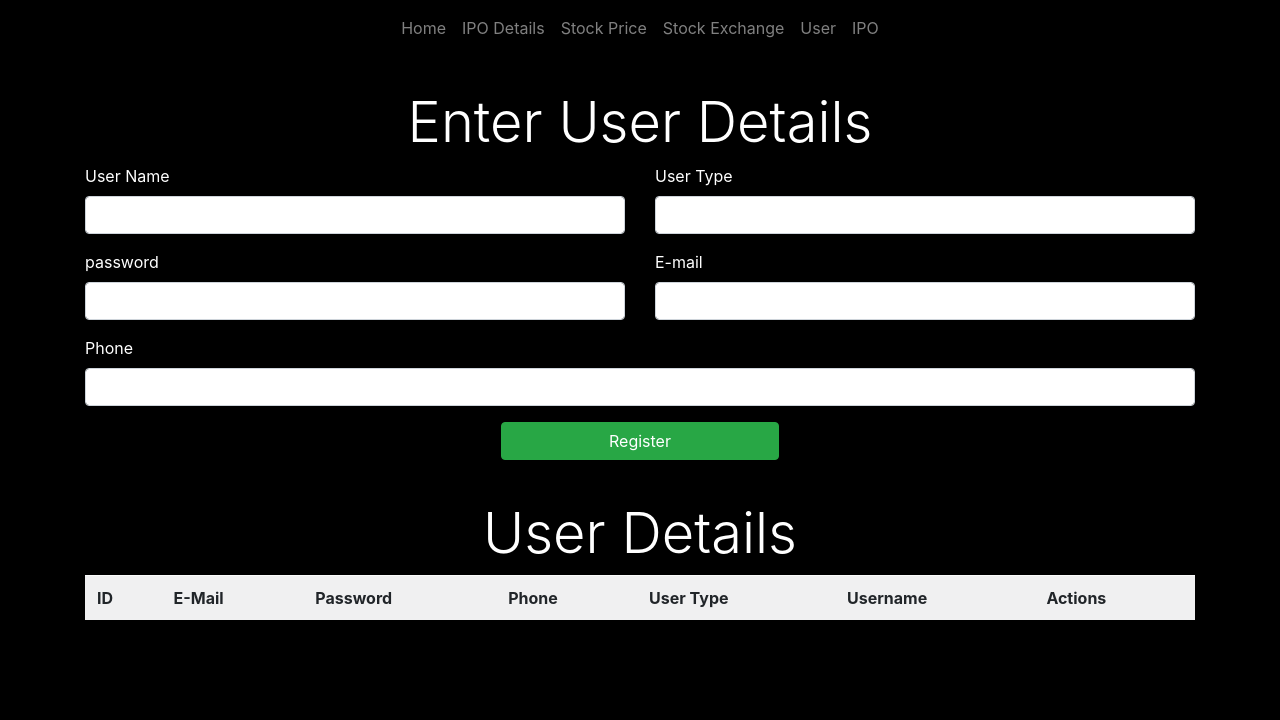
Repository: Gurudutt-S/cts-training
Page: http://localhost/StockExchangeChartingWeb/WEB-INF/views/users.jsp
The author's editor kept a copy of each file at every save. The page is drawn from the files as they stood at one save, then again after the next save.
The browser window is 1280 px wide. The pictures show the whole page.
The page is served by Tomcat 9. Nobody is signed in. Other server files are loaded and not shown. The template is opened directly, without the code that normally fills it, so the values that code supplies are empty.

Above is the page before, as saved 2020-02-12 09:51:26.
Console error (its wording comes from the project's code and is left out).

### Day_36/StockExchangeChartingWeb/src/main/webapp/WEB-INF/views/users.jsp
<%@include file="header.jsp"%>

<%@ taglib uri="http://www.springframework.org/tags/form" prefix="form"%>
<%@ taglib uri="http://java.sun.com/jsp/jstl/core" prefix="c"%>

<h2 class="display-4 text-center">Enter User Details</h2>
<c:url var="userUrl" value="/user/save" />

<div class="container">
	<form:form action="${userUrl }" modelAttribute="user">

		<c:if test="${!empty user.username}">
			<div class="form-group">
				<form:label path="id">ID</form:label>
				<form:input path="id" class="form-control" readonly="true"
					disabled="true"></form:input>
			</div>
		</c:if>


		<div class="row">
			<div class="form-group col">
				<form:label path="username">User Name</form:label>
				<form:input path="username" class="form-control"></form:input>
			</div>
			<div class="form-group col">
				<form:label path="userType">User Type</form:label>
				<form:input path="userType" class="form-control"></form:input>
			</div>
		</div>
		<div class="row">
			<div class="form-group col">
				<form:label path="password">password</form:label>
				<form:input path="password" class="form-control"></form:input>
			</div>
			<div class="form-group col">
				<form:label path="email">E-mail</form:label>
				<form:input path="email" class="form-control"></form:input>
			</div>
		</div>
		<div class="form-group">
			<form:label path="phone">Phone</form:label>
			<form:input path="phone" class="form-control"></form:input>
		</div>

		<div class="text-center">
			<c:if test="${empty user.username }">
				<input type="submit" value="Register" class="btn btn-success w-25">
			</c:if>
			<c:if test="${!empty user.username }">
				<input type="submit" value="update" class="btn btn-success w-25">
			</c:if>
		</div>
	</form:form>
</div>

<br>

<div class="container">
	<h2 class="display-4 text-center">User Details</h2>
	<table class="table table-light table-hover table-striped">
		<tr>
			<th>ID</th>
			<th>E-Mail</th>
			<th>Password</th>
			<th>Phone</th>
			<th>User Type</th>
			<th>Username</th>
			<th>Actions</th>
		</tr>
		<tbody>
			<c:forEach var="user" items="${list }">
				<tr>
					<td>${user.id }</td>
					<td>${user.email }</td>
					<td>${user.password }</td>
					<td>${user.phone }</td>
					<td>${user.userType }</td>
					<td>${user.username }</td>
					<td><a href="<c:url value='/remove/${user.id }' />">Remove</a>
						| <a href="<c:url value='/update/${user.id }' />">Update</a></td>
				</tr>

			</c:forEach>
		</tbody>
	</table>
</div>


</body>
</html>

### Day_36/StockExchangeChartingWeb/src/main/webapp/WEB-INF/views/header.jsp
<%@ page isELIgnored="false"%>
<%@ taglib uri="http://java.sun.com/jsp/jstl/core" prefix="c"%>
<html>
<head>
<link rel="stylesheet"
	href="https://stackpath.bootstrapcdn.com/bootstrap/4.4.1/css/bootstrap.min.css"
	integrity="sha384-Vkoo8x4CGsO3+Hhxv8T/Q5PaXtkKtu6ug5TOeNV6gBiFeWPGFN9MuhOf23Q9Ifjh"
	crossorigin="anonymous">
<script
	src="https://stackpath.bootstrapcdn.com/bootstrap/4.4.1/js/bootstrap.min.js"
	integrity="sha384-wfSDF2E50Y2D1uUdj0O3uMBJnjuUD4Ih7YwaYd1iqfktj0Uod8GCExl3Og8ifwB6"
	crossorigin="anonymous"></script>


</head>
<body style="color: white; background-color: black;">

	<nav class="navbar navbar-expand-lg navbar-dark ">
		<div class="collapse navbar-collapse">
			<ul class="navbar-nav mx-auto">
				<li class="nav-item"><a href="home" class="nav-link">Home</a></li>
				<li class="nav-item"><a href="ipoDetails" class="nav-link">IPO
						Details</a></li>
				<li class="nav-item"><a href="stockPrice" class="nav-link">Stock
						Price</a></li>
				<li class="nav-item"><a href="stockExchange" class="nav-link">Stock
						Exchange</a></li>
				<li class="nav-item"><a href="user-home" class="nav-link">User
						</a></li>
				<li class="nav-item"><a href="ipo-home" class="nav-link">IPO
						</a></li>
			</ul>
		</div>
	</nav>

	<hr>

</body>
</html>

After the next save:
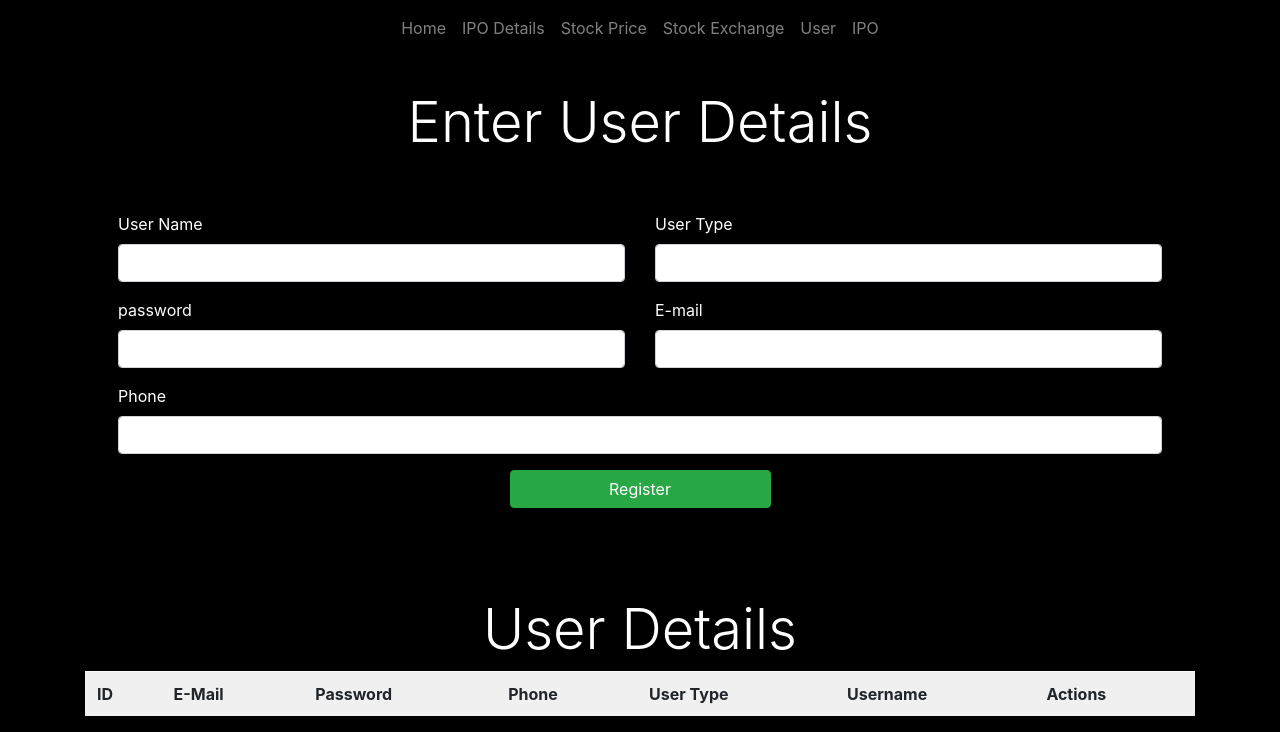
Saved 50 s later.
--- a/Day_36/StockExchangeChartingWeb/src/main/webapp/WEB-INF/views/users.jsp
+++ b/Day_36/StockExchangeChartingWeb/src/main/webapp/WEB-INF/views/users.jsp
@@ -6,7 +6,7 @@
 <h2 class="display-4 text-center">Enter User Details</h2>
 <c:url var="userUrl" value="/user/save" />
 
-<div class="container">
+<div class="container p-5">
 	<form:form action="${userUrl }" modelAttribute="user">
 
 		<c:if test="${!empty user.username}">
@@ -16,7 +16,6 @@
 					disabled="true"></form:input>
 			</div>
 		</c:if>
-
 
 		<div class="row">
 			<div class="form-group col">
